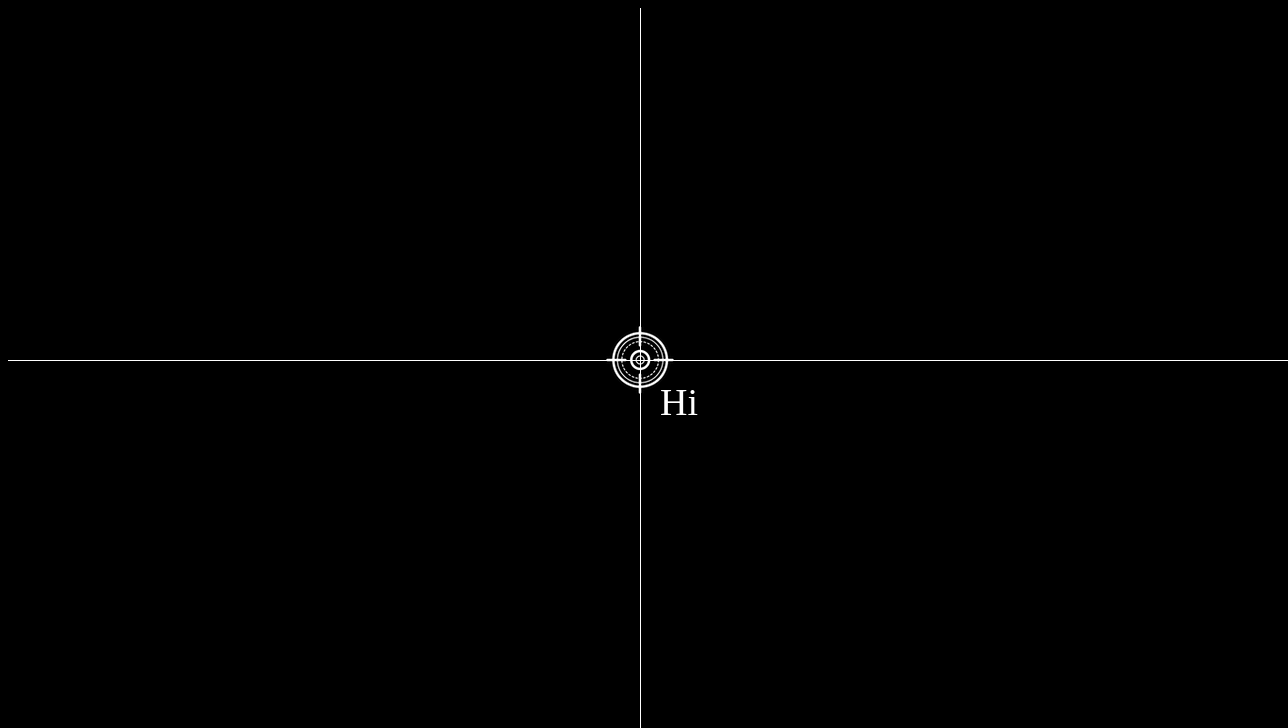
Repository: GoodHoneyCake/Dream_Coding_Academy5
Page: coordinates/index.html
An editor plug-in stored every save of this project. The page is shown before and after the next save, followed by the edit.
The browser window is 1280 px wide. The page is 1288 px wide, then 1280 px, then 1288 px, so the pictures cover 1288 px, including what lies to the right of the window. The pictures show the whole page.

Above is the page before, as saved 2021-01-28 15:02:49.

### coordinates/index.html
<!DOCTYPE html>
<html lang="en">
  <head>
    <meta charset="UTF-8" />
    <meta name="viewport" content="width=device-width, initial-scale=1.0" />
    <title>Coordinates</title>
    <script src="main.js" defer></script>
    <link rel="stylesheet" href="style.css" />
  </head>
  <body>
    <div class="line horozontal"></div>
    <div class="line vertical"></div>
    <img class="target" src="img/target.png" alt="target" />
    <span class="tag">Hi</span>
  </body>
</html>

### coordinates/style.css
body {
  background-color: black;
}

.line {
  position: absolute;
  background-color: white;
}

.horozontal {
  width: 100%;
  height: 1px;
  top: 50%;
}

.vertical {
  width: 1px;
  height: 100%;
  left: 50%;
}

.target {
  position: absolute;
  top: 50%;
  left: 50%;
  transform: translate(-50%, -50%);
}

.tag {
  color: white;
  position: absolute;
  top: 50%;
  left: 50%;
  transform: translate(20px, 20px);
  font-size: 38px;
}

Loaded but not shown: coordinates/main.js (common file)

After the next save:
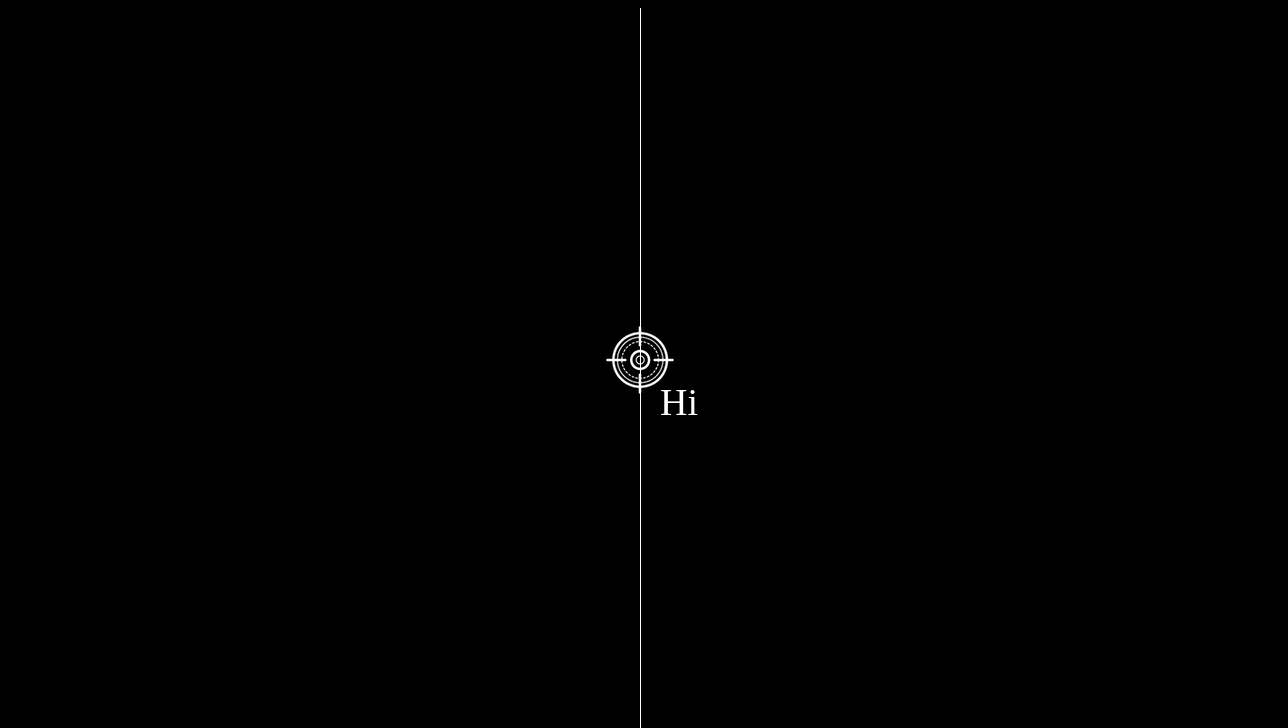
Saved 1 s later.
--- a/coordinates/style.css
+++ b/coordinates/style.css
@@ -7,7 +7,7 @@ body {
   background-color: white;
 }
 
-.horozontal {
+.horizontal {
   width: 100%;
   height: 1px;
   top: 50%;

After the save that followed:
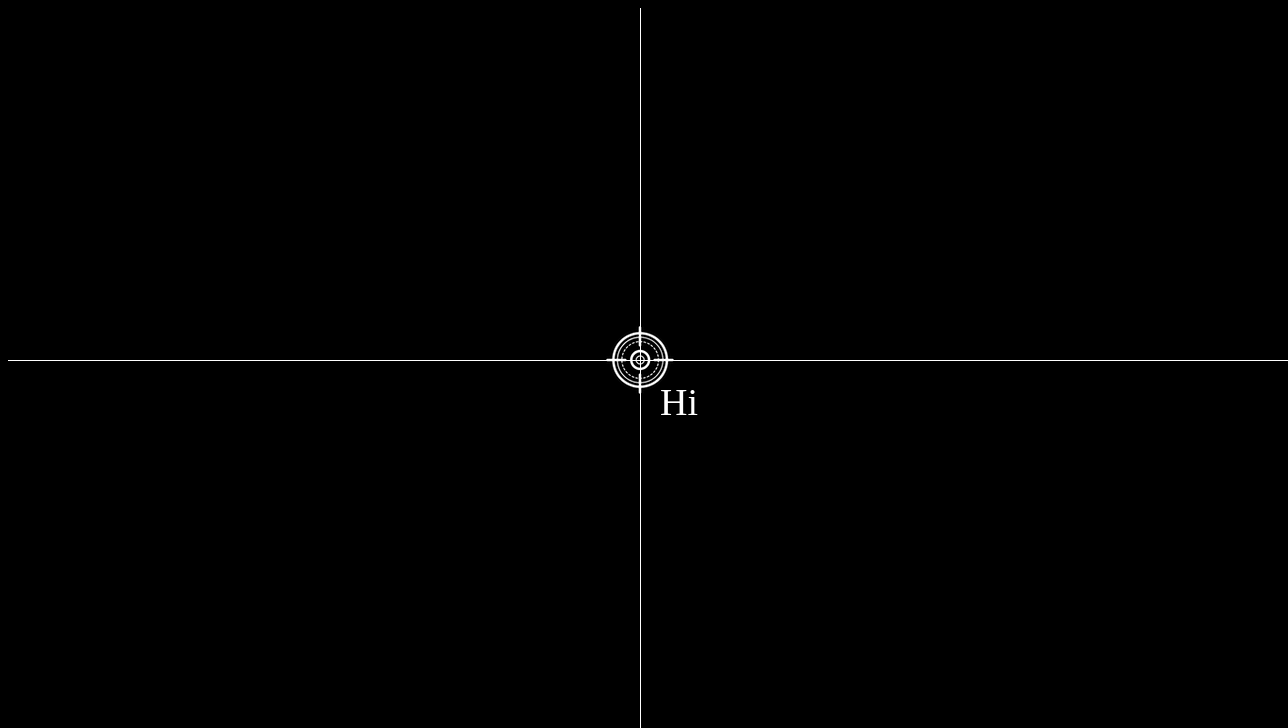
Saved 1 s later.
--- a/coordinates/index.html
+++ b/coordinates/index.html
@@ -8,7 +8,7 @@
     <link rel="stylesheet" href="style.css" />
   </head>
   <body>
-    <div class="line horozontal"></div>
+    <div class="line horizontal"></div>
     <div class="line vertical"></div>
     <img class="target" src="img/target.png" alt="target" />
     <span class="tag">Hi</span>
